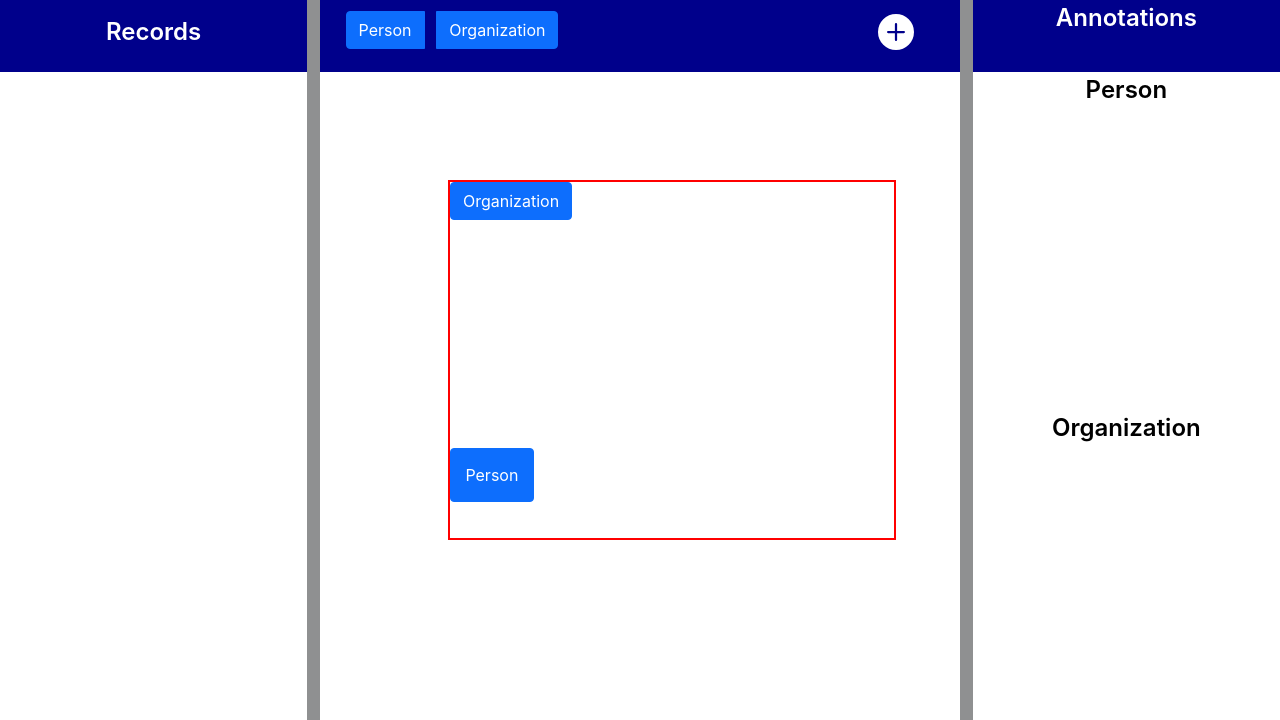
Repository: napan24/classforma_assignment
Page: / (app in client/)
An editor plug-in stored every save of this project. The page is shown before and after the next save, followed by the edit.
The browser window is 1280 px wide. The pictures show the whole page.
The project was rebuilt for these pictures with package versions that can differ from the ones it lists, and the page was loaded fresh each time. Also part of the build but not shown: client/src/App.css.

Above is the page before, as saved 2022-07-20 16:41:08.

### client/public/index.html
<!DOCTYPE html>
<html lang="en">
  <head>
    <meta charset="utf-8" />
    <link rel="icon" href="%PUBLIC_URL%/favicon.ico" />
    <meta name="viewport" content="width=device-width, initial-scale=1" />
    <meta name="theme-color" content="#000000" />
    <meta
      name="description"
      content="Web site created using create-react-app"
    />
    <link href="https://cdn.jsdelivr.net/npm/bootstrap@5.1.3/dist/css/bootstrap.min.css" rel="stylesheet" integrity="sha384-1BmE4kWBq78iYhFldvKuhfTAU6auU8tT94WrHftjDbrCEXSU1oBoqyl2QvZ6jIW3" crossorigin="anonymous">
    <link rel="apple-touch-icon" href="%PUBLIC_URL%/logo192.png" />
    <!--
      manifest.json provides metadata used when your web app is installed on a
      user's mobile device or desktop. See https://developers.google.com/web/fundamentals/web-app-manifest/
    -->
    <link rel="manifest" href="%PUBLIC_URL%/manifest.json" />
    <!--
      Notice the use of %PUBLIC_URL% in the tags above.
      It will be replaced with the URL of the `public` folder during the build.
      Only files inside the `public` folder can be referenced from the HTML.

      Unlike "/favicon.ico" or "favicon.ico", "%PUBLIC_URL%/favicon.ico" will
      work correctly both with client-side routing and a non-root public URL.
      Learn how to configure a non-root public URL by running `npm run build`.
    -->
    <title>React App</title>
  </head>
  <body>
    <noscript>You need to enable JavaScript to run this app.</noscript>
    <div id="root"></div>
    <!--
      This HTML file is a template.
      If you open it directly in the browser, you will see an empty page.

      You can add webfonts, meta tags, or analytics to this file.
      The build step will place the bundled scripts into the <body> tag.

      To begin the development, run `npm start` or `yarn start`.
      To create a production bundle, use `npm run build` or `yarn build`.
    -->
    <script src="https://cdn.jsdelivr.net/npm/bootstrap@5.1.3/dist/js/bootstrap.bundle.min.js" integrity="sha384-ka7Sk0Gln4gmtz2MlQnikT1wXgYsOg+OMhuP+IlRH9sENBO0LRn5q+8nbTov4+1p" crossorigin="anonymous"></script>
  </body>
</html>

### client/src/App.js
import logo from './logo.svg';
import './App.css';
import Home from './Home';

function App() {
  return (
    <>
      <Home></Home>
    </>
  );
}

export default App;

### client/src/Home.js
'strict origin'
import React, { useState, useEffect } from 'react'
const Home = () => {
    const [textField, setTextField] = useState();
    const [person, setPerson] = useState();
    const [place, setPlace] = useState();
    const [personName, setPersonName] = useState(['']);
    const [placeName, setPlaceName] = useState(['']);
    useEffect(() => {
        if (textField) {
            trending();
        }
    }, [textField])
    const trending = async () => {
        const res = await fetch("/", {
            method: 'POST',
            headers: {
                "Content-Type": "application/json"
            },
            body: JSON.stringify({ textField })
        });
        const result = await res.json();
        console.log(result);
        setPerson(result.filter((arr) => arr.type == 'Person'));
        setPlace(result.filter((arr) => arr.type[0] == 'Place' || arr.type[0] == 'PopulatedPlace' || arr.type[0] == 'Settlement' || arr.type[0] == 'City'));
    };
    useEffect(() => {
        setPersonName(['']);
        if (person) {
            person.forEach(function (arrayItem) {
                setPersonName(curr => [...curr, arrayItem.entityId]);
            });
        }
    }, [person])
    useEffect(() => {
        setPlaceName(['']);
        if (place) {
            console.log(place);
            place.forEach(function (arrayItem) {
                setPlaceName(curr => [...curr, arrayItem.entityId]);
            });
        }
    }, [place])
    const showFile = async (e) => {
        e.preventDefault()
        const reader = new FileReader()
        reader.onload = async (e) => {
            const text = (e.target.result)
            setTextField(text);
        };
        reader.readAsText(e.target.files[0])
    }
    function replace(e) {
        var data = e.currentTarget.parentElement.querySelector('.userName').innerHTML;
        setTextField(textField.replace(data, ''));
    }
    return (
        <>
            <div style={{ height: "50vh", width: "35vw", backgroundColor: "white", position: "absolute", zIndex: '2', left: "35%", top: "25%", border: "2px solid red" }}>
                <button type="button" class="btn btn-primary" style={{ marginRight: "1vw",position:"absolute",bottom:"10%",padding:"2vh" }}>Person</button>
                <button type="button" class="btn btn-primary">Organization</button>
            </div>
            <div style={{ display: 'flex', width: "100vw", height: "100vh", backgroundColor: "#8f9091", overflow: "hidden" }}>
                <div style={{ width: "24vw", height: "100vh", backgroundColor: "white", marginRight: "1vw" }}>
                    <div style={{ width: "24vw", height: "10vh", backgroundColor: "#00008b", textAlign: 'center', fontSize: '150%', color: "white", fontWeight: "600", position: "fixed" }}>
                        <p style={{ marginTop: "2vh" }}>
                            Records
                        </p>
                    </div>
                    <div>

                    </div>
                </div>
                <div style={{ width: "50vw", height: "100vh", backgroundColor: "white", marginRight: "1vw", overflowY: "unset" }}>
                    <div style={{ width: "50vw", height: "10vh", backgroundColor: "#00008b", position: 'relative', overflowY: 'hidden' }}>
                        <div class="btn-group" style={{ marginTop: "1.5vh", marginLeft: "2vw" }}>
                            <button type="button" class="btn btn-primary" style={{ marginRight: "1vw" }}>Person</button>
                            <button type="button" class="btn btn-primary">Organization</button>
                        </div>
                        <label for="file">
                            <svg style={{ width: "20%", height: "50%", position: "absolute", right: "0", top: "2vh", color: "white" }} xmlns="http://www.w3.org/2000/svg" fill="currentColor" class="bi bi-plus-circle-fill" viewBox="0 0 16 16">
                                <path d="M16 8A8 8 0 1 1 0 8a8 8 0 0 1 16 0zM8.5 4.5a.5.5 0 0 0-1 0v3h-3a.5.5 0 0 0 0 1h3v3a.5.5 0 0 0 1 0v-3h3a.5.5 0 0 0 0-1h-3v-3z" />
                            </svg>
                        </label>
                        <input type="file" id="file" onChange={(e) => showFile(e)} style={{ display: "none" }} />
                    </div>
                    <div style={{ width: "48vw", height: "85vh", marginLeft: "2vw", marginTop: "5vh", overflowY: "scroll" }}>
                        {textField}
                    </div>
                </div>
                <div style={{ width: "24vw", height: "100vh", backgroundColor: "white" }}>
                    <div style={{ width: "24vw", height: "10vh", backgroundColor: "#00008b", textAlign: 'center', fontSize: '150%', color: "white", fontWeight: "600" }}>
                        <p>
                            Annotations
                        </p>
                    </div>
                    <div style={{ width: "24vw", height: "5vh", backgroundColor: "white", textAlign: 'center', fontSize: '150%', color: "black", fontWeight: "600", marginBottom: "2vh" }}>
                        <p>
                            Person
                        </p>
                    </div>
                    <div style={{ maxWidth: "24vw", height: "40vh", backgroundColor: "white", textAlign: 'center', fontSize: '150%', color: "black", fontWeight: "600", zIndex: "2", overflowY: "scroll", overflowX: "hidden" }}>
                        {personName && personName.map((user) => (
                            user.length > 0 && <div style={{ width: "24vw", color: "black", height: "3vh", fontSize: "2vh", position: 'relative', borderBottom: '1px solid black' }}>
                                <span className='userName' style={{ width: "12vw" }}>
                                    {user}
                                </span>
                                <svg onClick={(e) => { replace(e) }} style={{ width: "3.5vw", height: "3.5vh", position: 'absolute', right: "0vw", top: "0vh" }} xmlns="http://www.w3.org/2000/svg" style={{ height: "3vh", width: "2vw", color: 'red' }} fill="currentColor" class="bi bi-x" viewBox="0 0 16 16">
                                    <path d="M4.646 4.646a.5.5 0 0 1 .708 0L8 7.293l2.646-2.647a.5.5 0 0 1 .708.708L8.707 8l2.647 2.646a.5.5 0 0 1-.708.708L8 8.707l-2.646 2.647a.5.5 0 0 1-.708-.708L7.293 8 4.646 5.354a.5.5 0 0 1 0-.708z" />
                                </svg>
                            </div>
                        ))}
                    </div>
                    <div style={{ width: "24vw", height: "5vh", backgroundColor: "white", textAlign: 'center', fontSize: '150%', color: "black", fontWeight: "600", marginBottom: "2vh" }}>
                        <p>
                            Organization
                        </p>
                    </div>
                    <div style={{ width: "24vw", height: "40vh", backgroundColor: "white", textAlign: 'center', fontSize: '150%', color: "black", fontWeight: "600", overflowY: "scroll" }}>
                        {placeName && placeName.map((user) => (
                            user.length > 0 && <div style={{ width: "24vw", color: "black", height: "3vh", fontSize: "2vh", position: 'relative', borderBottom: '1px solid black' }}>
                                <span className='userName' style={{ width: "12vw" }}>
                                    {user}
                                </span>
                                <svg onClick={(e) => { replace(e) }} style={{ width: "3.5vw", height: "3.5vh", position: 'absolute', right: "0vw", top: "0vh" }} xmlns="http://www.w3.org/2000/svg" style={{ height: "3vh", width: "2vw", color: 'red' }} fill="currentColor" class="bi bi-x" viewBox="0 0 16 16">
                                    <path d="M4.646 4.646a.5.5 0 0 1 .708 0L8 7.293l2.646-2.647a.5.5 0 0 1 .708.708L8.707 8l2.647 2.646a.5.5 0 0 1-.708.708L8 8.707l-2.646 2.647a.5.5 0 0 1-.708-.708L7.293 8 4.646 5.354a.5.5 0 0 1 0-.708z" />
                                </svg>
                            </div>
                        ))}
                    </div>
                </div>
            </div>
        </>
    )
}

export default Home

Loaded but not shown: client/src/index.js (common file); client/src/index.css (common file); client/src/reportWebVitals.js (common file)

After the next save:
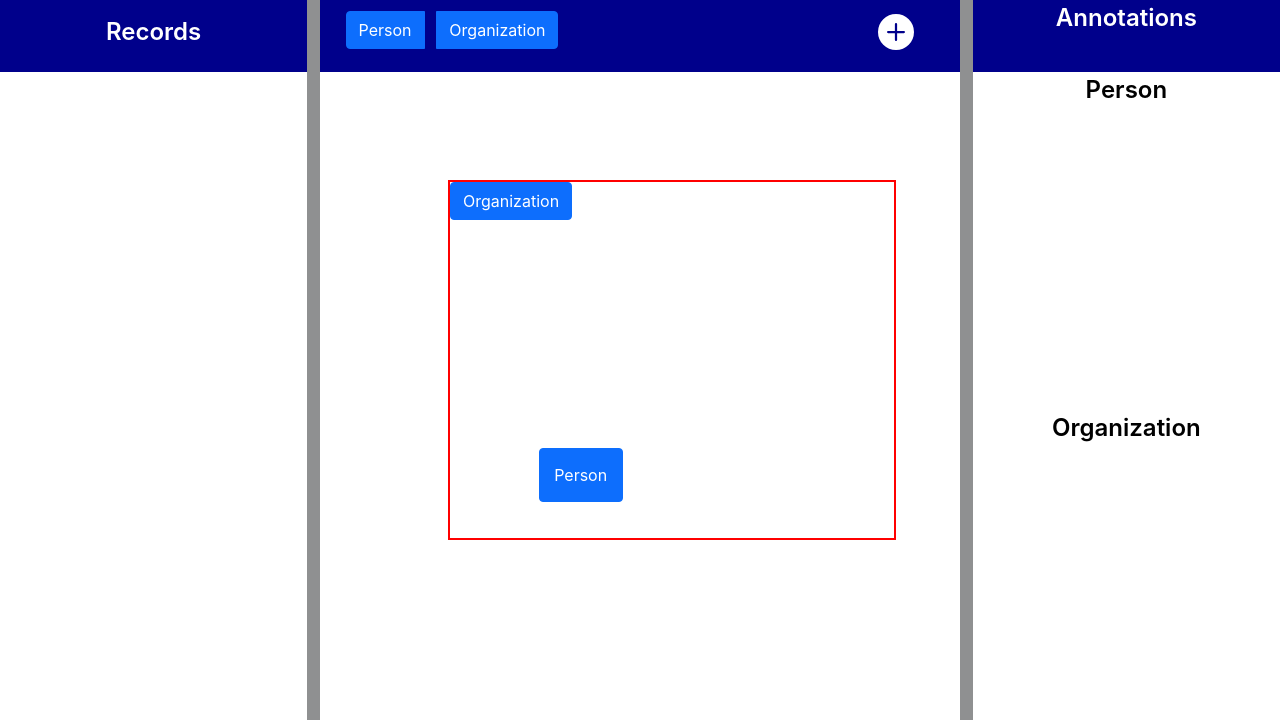
Saved 9 s later.
--- a/client/src/Home.js
+++ b/client/src/Home.js
@@ -57,7 +57,7 @@ const Home = () => {
     return (
         <>
             <div style={{ height: "50vh", width: "35vw", backgroundColor: "white", position: "absolute", zIndex: '2', left: "35%", top: "25%", border: "2px solid red" }}>
-                <button type="button" class="btn btn-primary" style={{ marginRight: "1vw",position:"absolute",bottom:"10%",padding:"2vh" }}>Person</button>
+                <button type="button" class="btn btn-primary" style={{ marginRight: "1vw",position:"absolute",bottom:"10%",left:"20%",padding:"2vh" }}>Person</button>
                 <button type="button" class="btn btn-primary">Organization</button>
             </div>
             <div style={{ display: 'flex', width: "100vw", height: "100vh", backgroundColor: "#8f9091", overflow: "hidden" }}>
